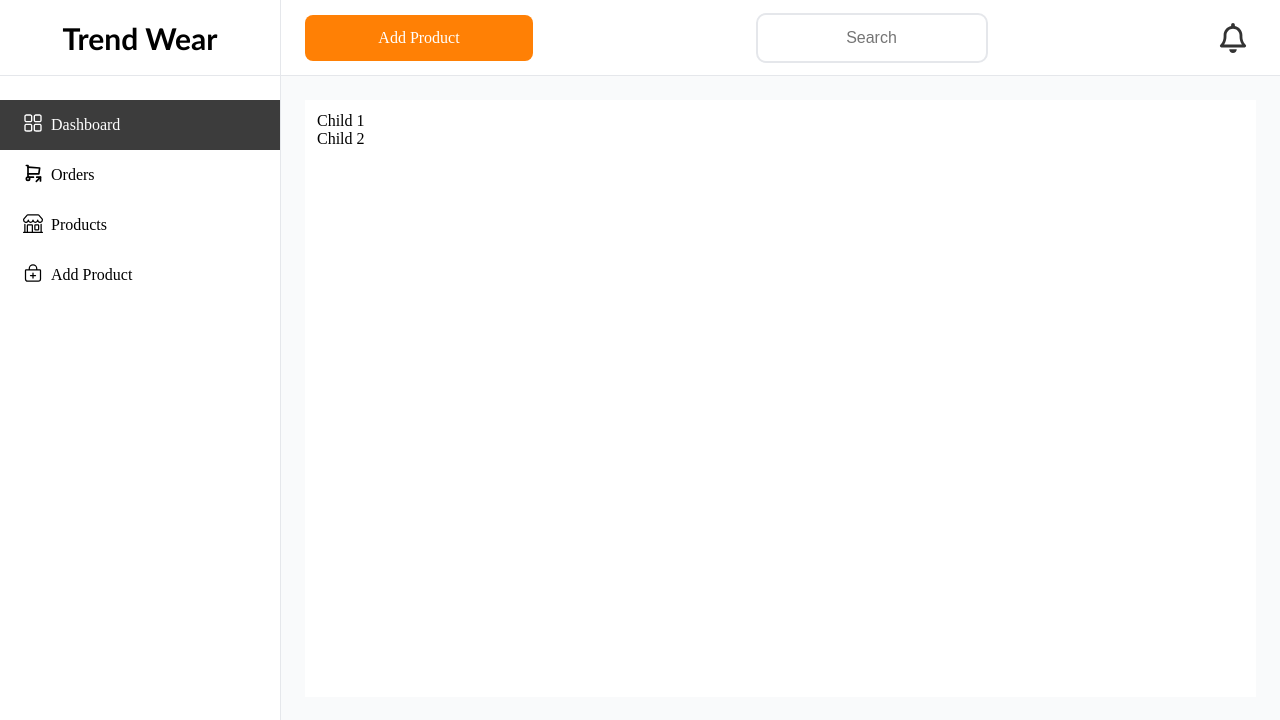
Repository: ahmad-dev7/TrendWear
Page: / (app in trend_wear_dashboard/)
An editor plug-in stored every save of this project. The page is shown before and after the next save, followed by the edit.
The browser window is 1280 px wide. The pictures show the whole page.
The project was rebuilt for these pictures with package versions that can differ from the ones it lists, and the page was loaded fresh each time. Also part of the build but not shown: trend_wear_dashboard/vite.config.ts.

Above is the page before, as saved 2025-01-19 23:43:19.

After the next save:
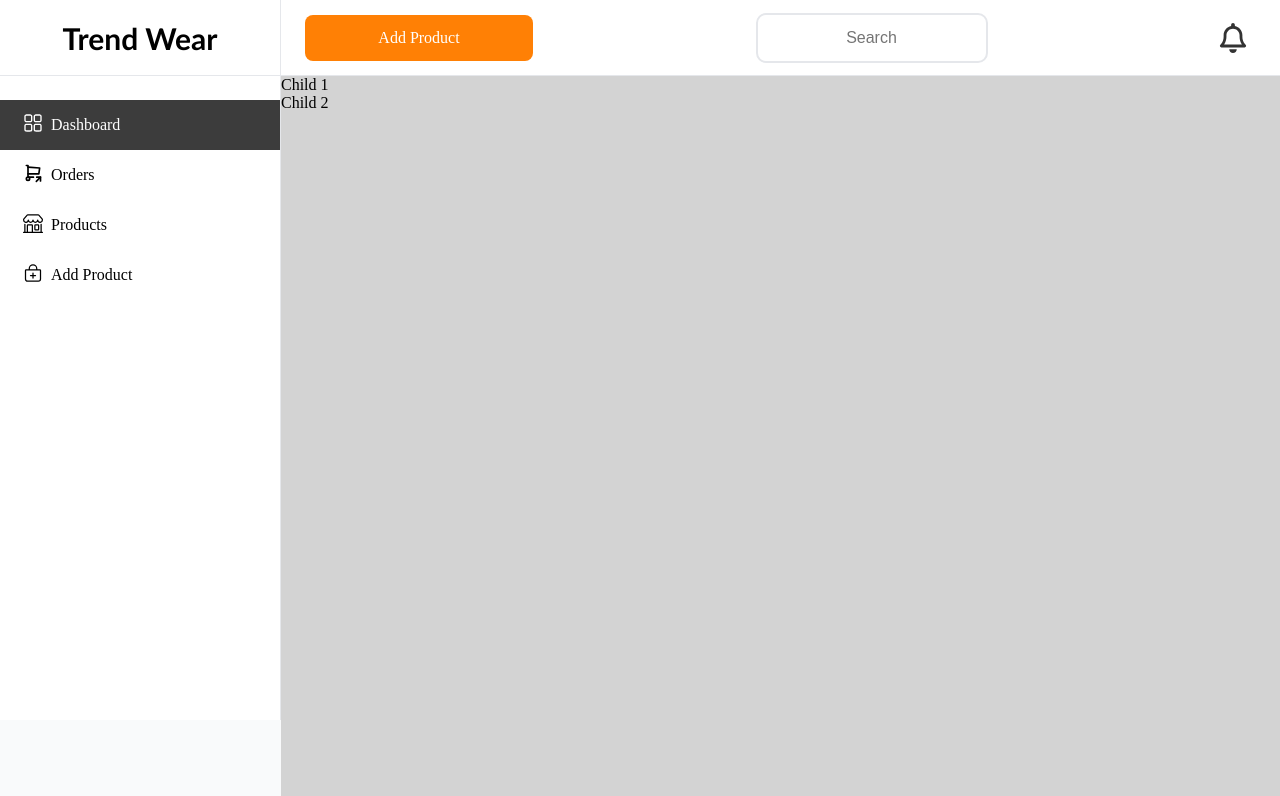
Saved 21 s later.
--- a/trend_wear_dashboard/src/Components/Body/Body.css
+++ b/trend_wear_dashboard/src/Components/Body/Body.css
@@ -11,10 +11,11 @@
 #body-content {
     display: flex;
     flex-direction: column;
-    margin: 24px;
-    padding: 12px;
-    height: calc(100% - (75px + 48px));
-    width: calc(100% - 48px);
-    background-color: white;
+    height: 100vh;
+    /* Full viewport height */
+    width: 100%;
+    /* Full width */
+    background-color: lightgray;
+    /* Debug color */
     box-sizing: border-box;
 }
